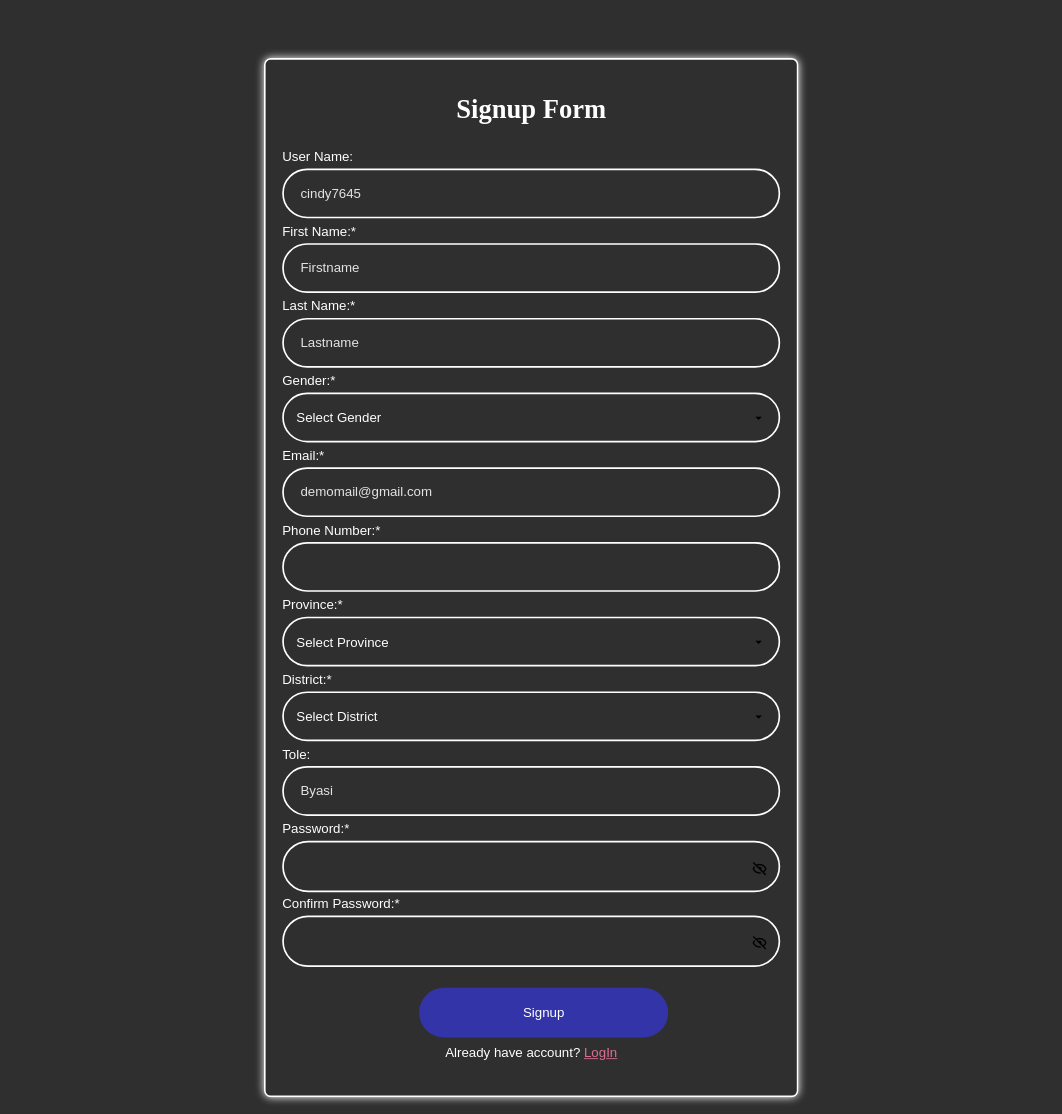
Repository: cindrellakoju/Animestore
Page: html css/signup.html
An editor plug-in stored every save of this project. The page is shown before and after the next save, followed by the edit.
The browser window is 1280 px wide. The pictures show the whole page, at 83% of full size.

Above is the page before, as saved 2024-04-07 01:51:52.

After the next save:
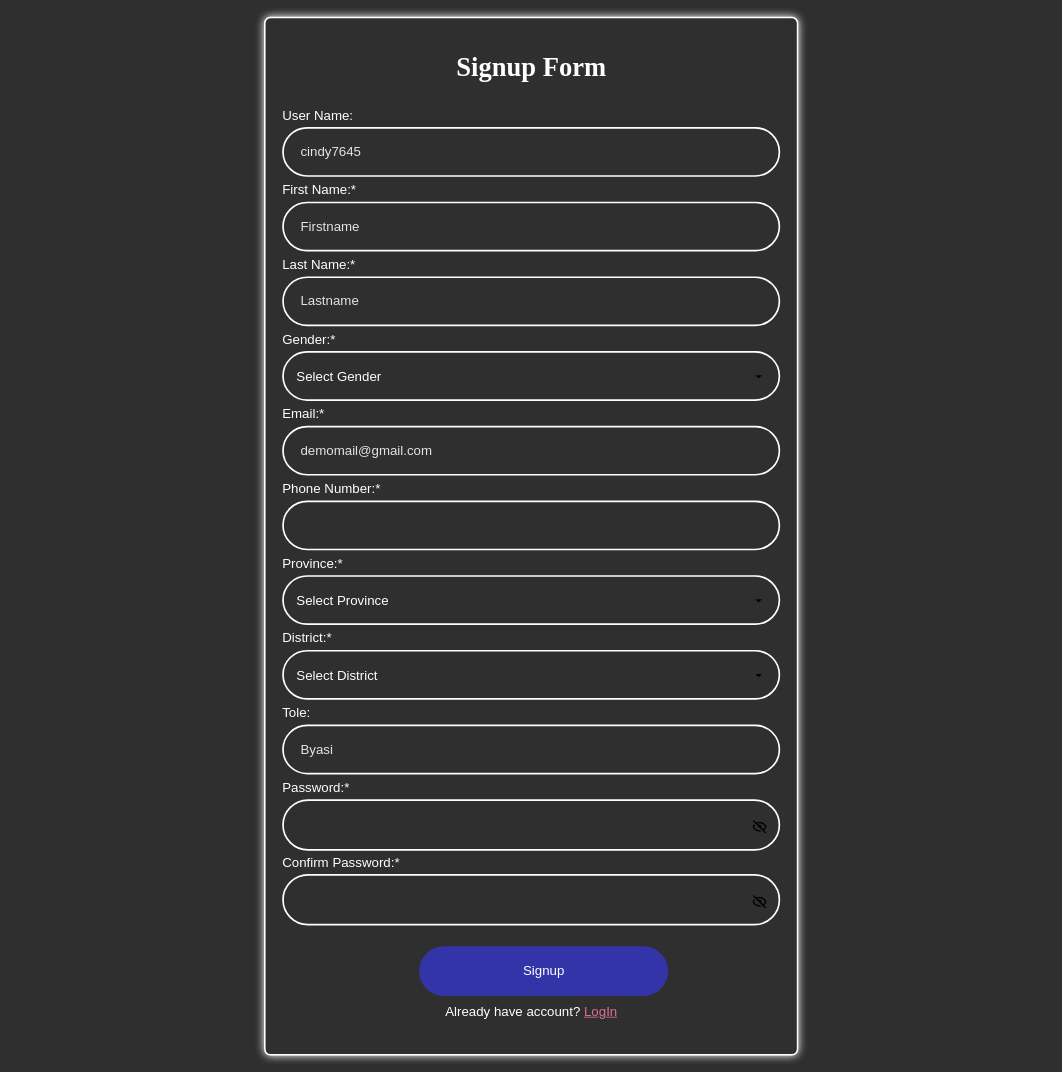
Saved 20 s later.
--- a/html css/signup.css
+++ b/html css/signup.css
@@ -9,10 +9,8 @@
   }
 
   .container {
-    margin-top: 50px;
     max-width: 600px;
-    margin-left: auto;
-    margin-right: auto;
+    margin: 0 auto;
     /* background: #fff; */
     padding: 20px;
     border-radius: 8px;
